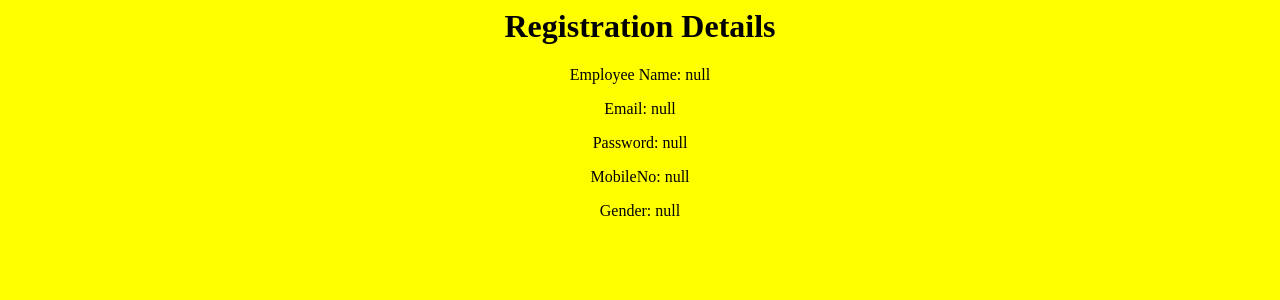
Repository: Ranjith-Kondra/FSD57_MODULE3
Page: http://localhost/EmpWebApp/RegisterServlet
These files come from the project's save history. The page is drawn as it stood at one moment and after a run of saves; the edit follows.
The browser window is 1280 px wide. The pictures show the whole page.
The page is served by Tomcat 9. Other server files are loaded and not shown.

Above is the page before, as saved 2024-01-04 06:02:03.

### AdvJava/WorkSpace2/EmpWebApp/src/com/web/RegisterServlet.java
package com.web;

import java.io.IOException;
import java.io.PrintWriter;

import javax.servlet.ServletException;
import javax.servlet.annotation.WebServlet;
import javax.servlet.http.HttpServlet;
import javax.servlet.http.HttpServletRequest;
import javax.servlet.http.HttpServletResponse;

@WebServlet("/RegisterServlet")
public class RegisterServlet extends HttpServlet {

	 protected void doGet(HttpServletRequest request, HttpServletResponse response)
	            throws ServletException, IOException {

	        response.setContentType("text/html");
	        PrintWriter out = response.getWriter();

	        String ename = request.getParameter("EmployeeName");
	        String email = request.getParameter("EmployeeEmailid");
	        String password = request.getParameter("Password");
	        String MobileNo = request.getParameter("MobileNo");
	        String gender = request.getParameter("Gender");

	        out.println("<html>");

	        out.println("<body bgcolor='yellow' text='black'>");
	        out.println("<center>");
	        out.println("<h1>Registration Details</h1>");
	        out.println("<p>Employee Name: " + ename + "</p>");
	        out.println("<p>Email: " + email + "</p>");
	        out.println("<p>Password: " + password + "</p>");
	        out.println("<p>MobileNo: " + MobileNo + "</p>");
	        out.println("<p>Gender: " + gender + "</p>");
	        out.println("</center>");
	        out.println("</body>");
	        out.println("</html>");

	        System.out.println("Employee Name: "+ename);
	        System.out.println("Email: " +email);
	        System.out.println("password : " +password);
	        System.out.println("MobileNo : " +MobileNo);
	        System.out.println("Gender : " +gender);
	    }



	protected void doPost(HttpServletRequest request, HttpServletResponse response) throws ServletException, IOException {

		doGet(request, response);
	}

}

After the next 2 saves:
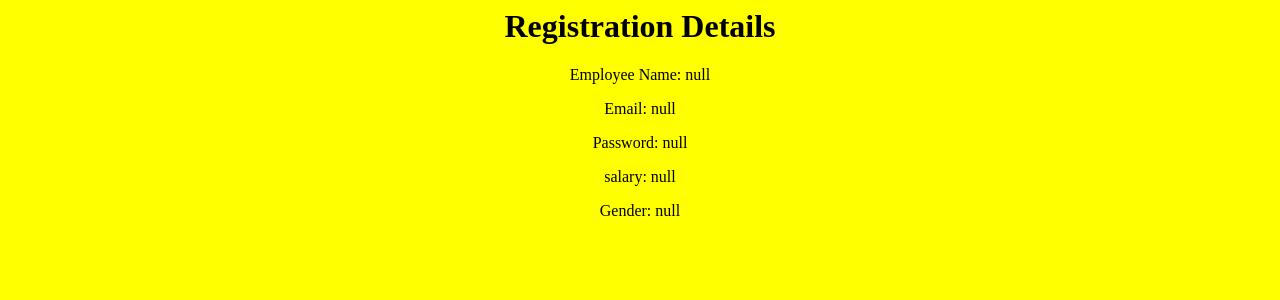
The 2 saves are shown as one change because 1 did not build or start.
The last was saved 47 s later.
--- a/AdvJava/WorkSpace2/EmpWebApp/src/com/web/RegisterServlet.java
+++ b/AdvJava/WorkSpace2/EmpWebApp/src/com/web/RegisterServlet.java
@@ -21,7 +21,7 @@ public class RegisterServlet extends HttpServlet {
 	        String ename = request.getParameter("EmployeeName");
 	        String email = request.getParameter("EmployeeEmailid");
 	        String password = request.getParameter("Password");
-	        String MobileNo = request.getParameter("MobileNo");
+	        String salary = request.getParameter("salary");
 	        String gender = request.getParameter("Gender");
 
 	        out.println("<html>");
@@ -32,7 +32,7 @@ public class RegisterServlet extends HttpServlet {
 	        out.println("<p>Employee Name: " + ename + "</p>");
 	        out.println("<p>Email: " + email + "</p>");
 	        out.println("<p>Password: " + password + "</p>");
-	        out.println("<p>MobileNo: " + MobileNo + "</p>");
+	        out.println("<p>salary: " + salary + "</p>");
 	        out.println("<p>Gender: " + gender + "</p>");
 	        out.println("</center>");
 	        out.println("</body>");
@@ -41,7 +41,7 @@ public class RegisterServlet extends HttpServlet {
 	        System.out.println("Employee Name: "+ename);
 	        System.out.println("Email: " +email);
 	        System.out.println("password : " +password);
-	        System.out.println("MobileNo : " +MobileNo);
+	        System.out.println("salary : " +salary);
 	        System.out.println("Gender : " +gender);
 	    }
 
